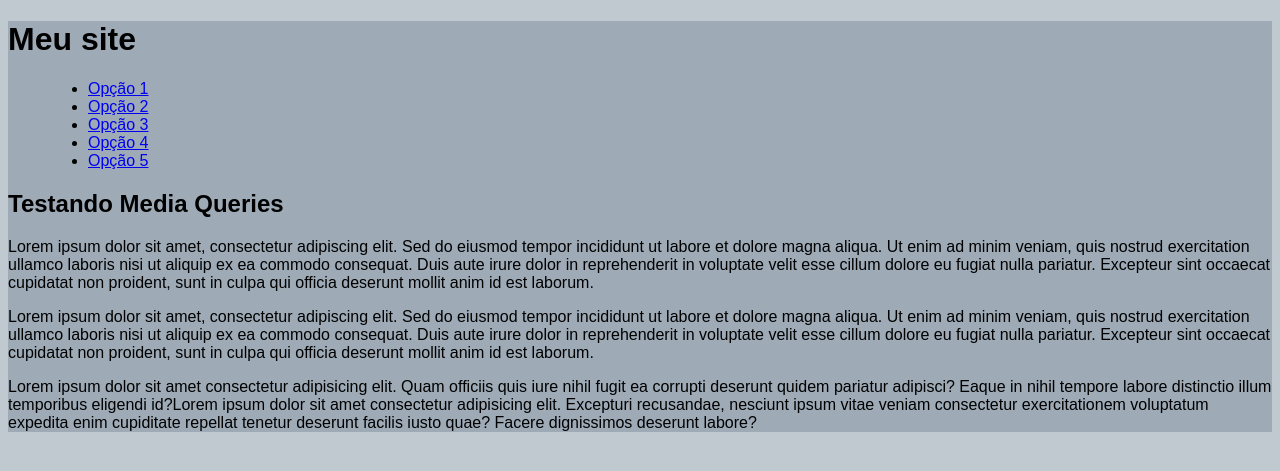
Repository: Sandro1969-tech/menu-hamburger
Page: index.html
An editor plug-in stored every save of this project. The page is shown before and after a run of saves, followed by the edit.
The browser window is 1280 px wide. The pictures show the whole page.

Above is the page before, as saved 2025-12-25 18:02:04.

### index.html
<!DOCTYPE html>
<html lang="pt-br">
<head>
    <meta charset="UTF-8">
    <meta name="viewport" content="width=device-width, initial-scale=1.0">
    <title>Media Queries</title>
    <link rel="stylesheet" href="style.css">
</head>
<body>
  <header>
    <main>
            <h1>Meu site</h1>
            <menu>
                <ul>
                    <li><a href="#">Opção 1</a></li>
                    <li><a href="#">Opção 2</a></li>
                    <li><a href="#">Opção 3</a></li>
                    <li><a href="#">Opção 4</a></li>
                    <li><a href="#">Opção 5</a></li>
                </ul>
            </menu>
                <article>
                    <h2>Testando Media Queries</h2>
                    <p>Lorem ipsum dolor sit amet, consectetur adipiscing elit. Sed do eiusmod tempor incididunt ut labore et dolore magna aliqua. Ut enim ad minim veniam, quis nostrud exercitation ullamco laboris nisi ut aliquip ex ea commodo consequat. Duis aute irure dolor in reprehenderit in voluptate velit esse cillum dolore eu fugiat nulla pariatur. Excepteur sint occaecat cupidatat non proident, sunt in culpa qui officia deserunt mollit anim id est laborum.</p>
                    <p>Lorem ipsum dolor sit amet, consectetur adipiscing elit. Sed do eiusmod tempor incididunt ut labore et dolore magna aliqua. Ut enim ad minim veniam, quis nostrud exercitation ullamco laboris nisi ut aliquip ex ea commodo consequat. Duis aute irure dolor in reprehenderit in voluptate velit esse cillum dolore eu fugiat nulla pariatur. Excepteur sint occaecat cupidatat non proident, sunt in culpa qui officia deserunt mollit anim id est laborum.</p>
                    <p> Lorem ipsum dolor sit amet consectetur adipisicing elit. Quam officiis quis iure nihil fugit ea corrupti deserunt quidem pariatur adipisci? Eaque in nihil tempore labore distinctio illum temporibus eligendi id?Lorem ipsum dolor sit amet consectetur adipisicing elit. Excepturi recusandae, nesciunt ipsum vitae veniam consectetur exercitationem voluptatum expedita enim cupiditate repellat tenetur deserunt facilis iusto quae? Facere dignissimos deserunt labore?</p>
                </article>
    </main>
  </header>
</body>
</html>

### style.css
@charset "UTF-8";

* {
    font-family: Arial, Helvetica, sans-serif;
}

body {
    background-color:
    rgba(119, 136, 153, 0.459);
}
header {
    background-color:rgba(119, 136, 153, 0.459);
;
}

After the next 2 saves:
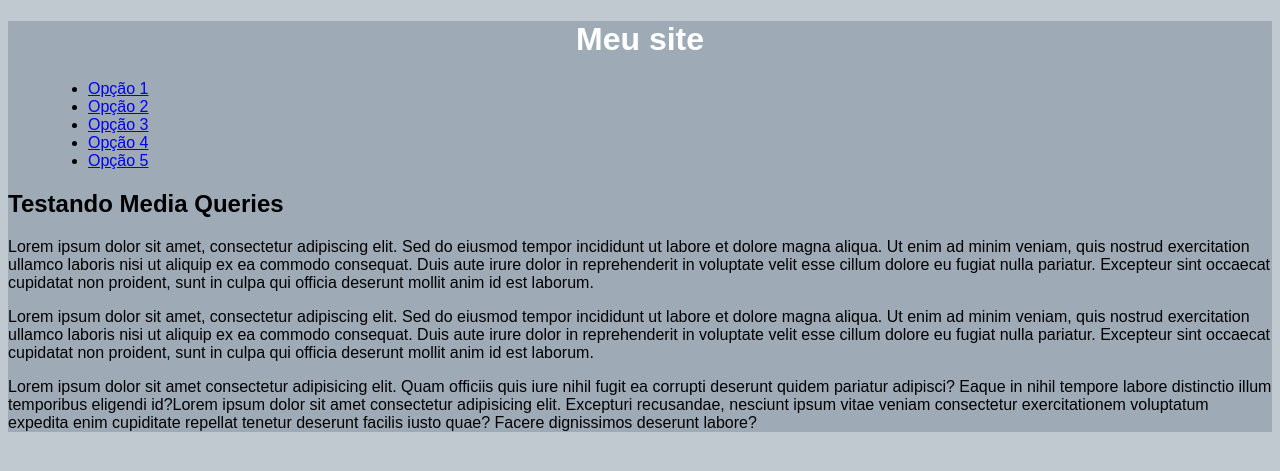
The 2 saves are shown as one change because they came seconds apart.
The last was saved 16 s later.
--- a/style.css
+++ b/style.css
@@ -12,3 +12,8 @@ header {
     background-color:rgba(119, 136, 153, 0.459);
 ;
 }
+
+h1 {
+    color: white;
+    text-align: center;
+}
